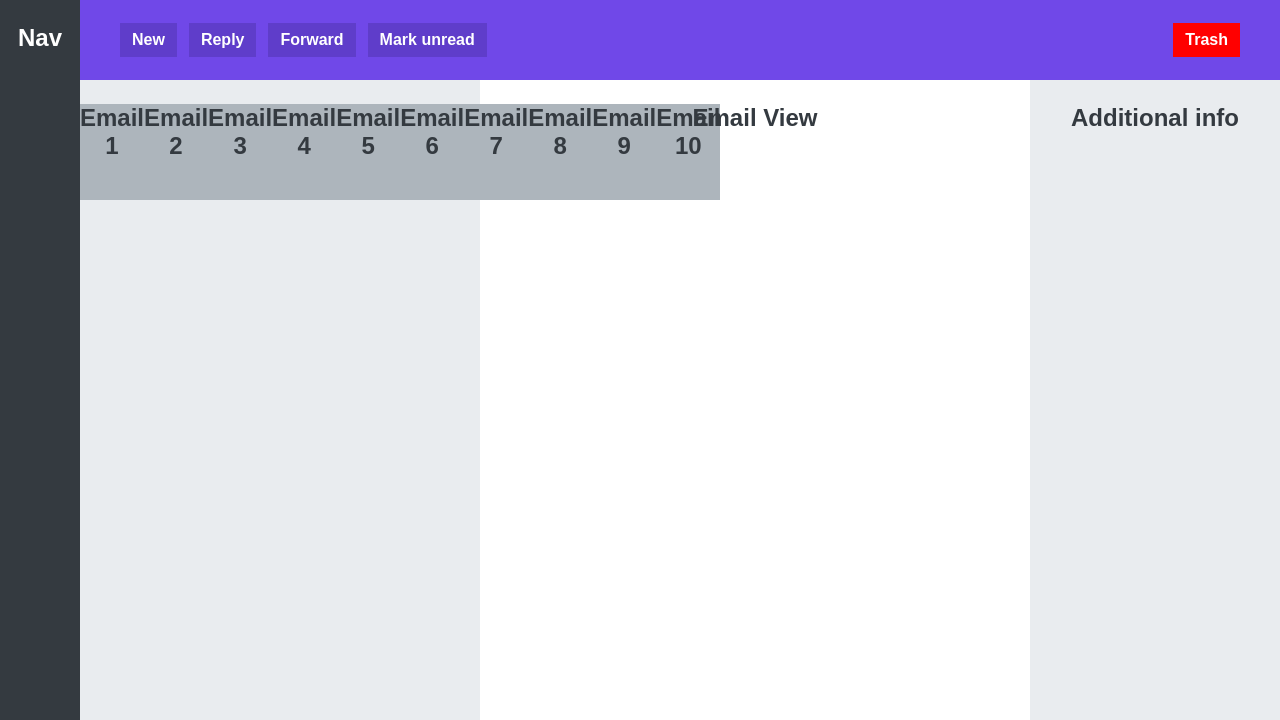
Repository: sunny070/CSS
Page: HTML and CSS some of the important components/06_app-layout.html
These files come from the project's save history. The page is drawn as it stood at one moment and after the next save; the edit follows.
The browser window is 1280 px wide. The pictures show the whole page.

Above is the page before, as saved 2023-11-17 14:07:39.

After the next save:
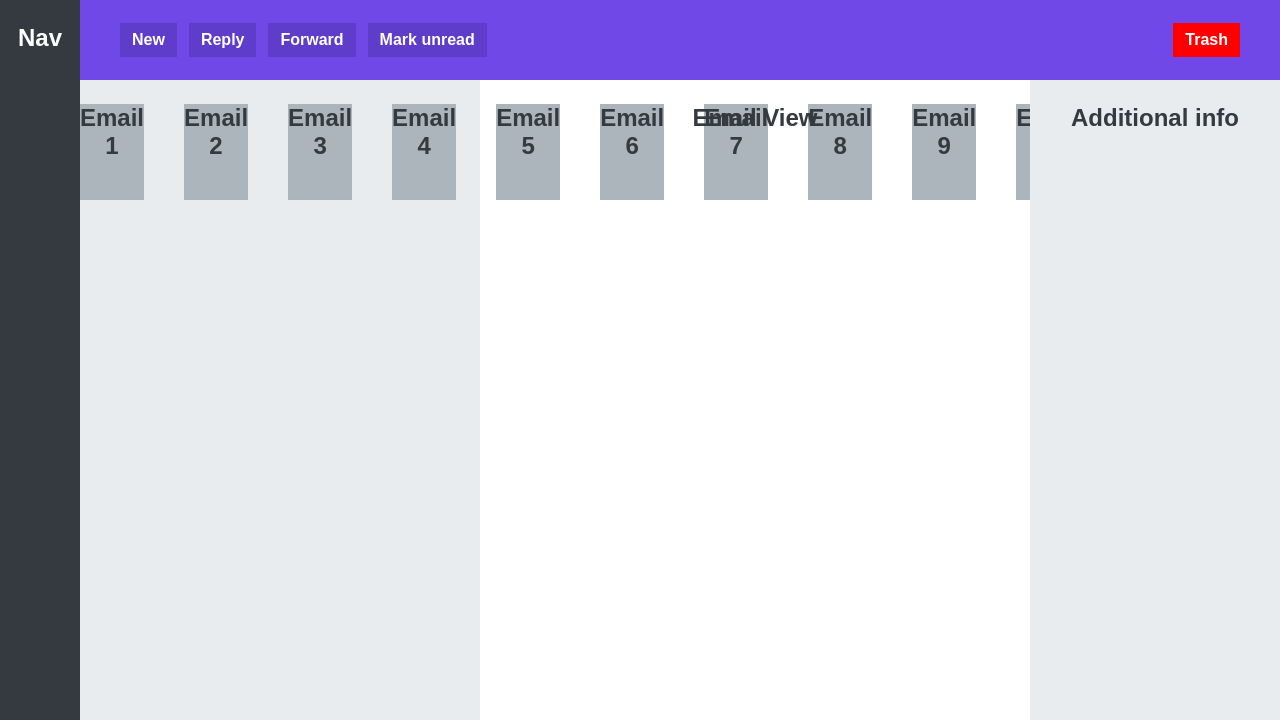
Saved 5 s later.
--- a/HTML and CSS some of the important components/06_app-layout.html
+++ b/HTML and CSS some of the important components/06_app-layout.html
@@ -54,7 +54,7 @@
         section{
             background-color:#e9ecef;
             display: flex;
-            gap: ;
+            gap: 40px;
         }
         .email{
             background-color:#adb5bc;
